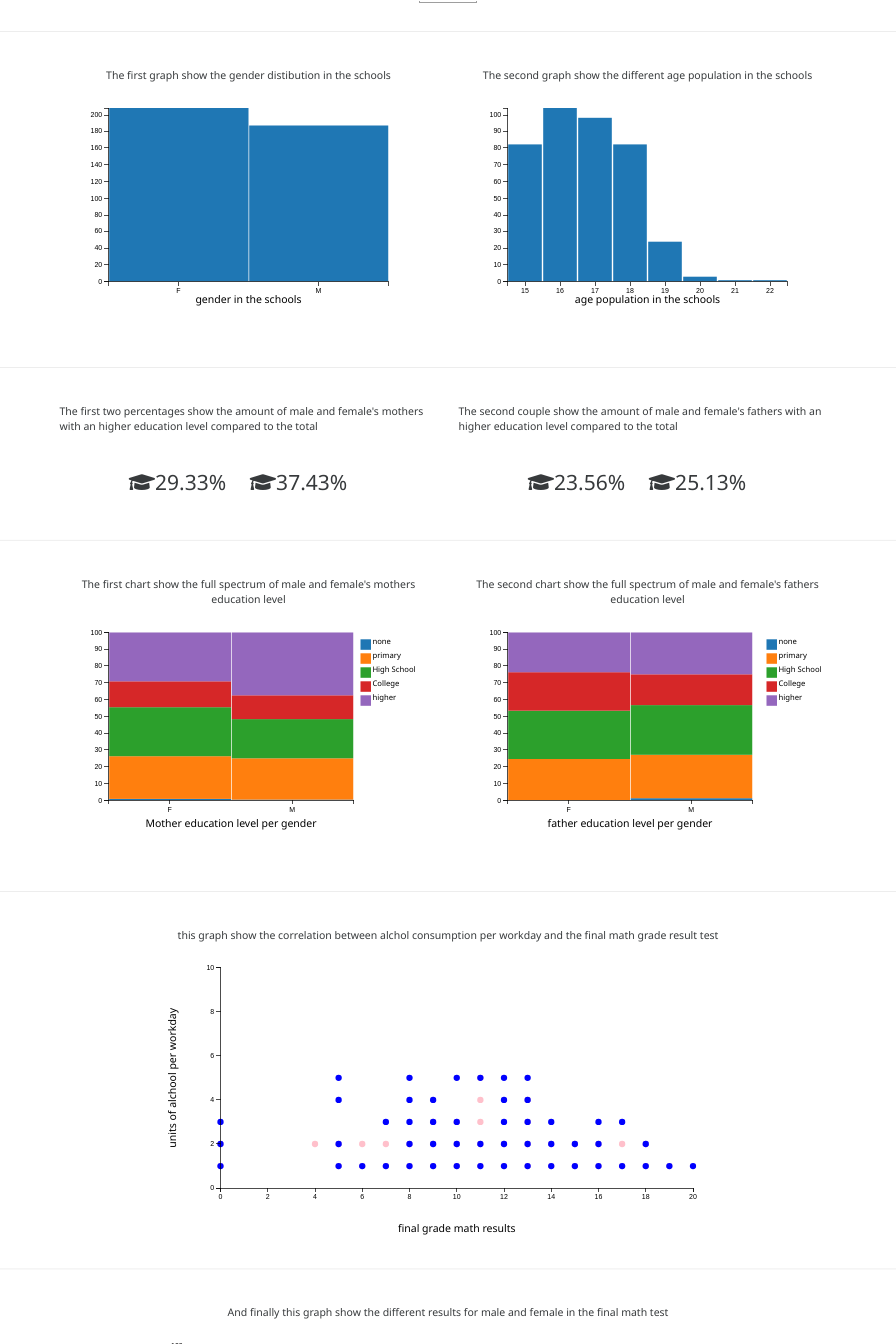
Repository: Baal89/second-milestone-project
Page: index.html
The author's editor kept a record of every edit. The page is drawn from the files as they stood at one moment, then again after the next edit.
The browser window is 1280 px wide. The pictures show the part of the page from y = 446 to 2366 px (the page is 2939 px tall), at 70% of full size.
Some web libraries are served in a nearby version.

Above is the page before.

### index.html
<!DOCTYPE html>
<html lang="en">

<head>
    <meta charset="UTF-8">
    <meta name="viewport" content="width=device-width, initial-scale=1.0">
    <meta http-equiv="X-UA-Compatible" content="ie=edge">
    <title>Student Performance</title>

    <link rel="stylesheet" href="static/css/bootstrap.min.css" type="text/css" />
    <link rel="stylesheet" href="static/css/dc.min.css" type="text/css" />
    <link rel="stylesheet" type="text/css" href="https://cdnjs.cloudflare.com/ajax/libs/font-awesome/5.10.2/css/all.css">
    <link rel="stylesheet" href="static/css/style.css" type="text/css" />

    <script type="text/javascript" src="static/js/d3.min.js"></script>
    <script type="text/javascript" src="static/js/crossfilter.min.js"></script>
    <script type="text/javascript" src="static/js/dc.min.js"></script>
    <script type="text/javascript" src="static/js/queue.min.js"></script>
    <script type="text/javascript" src="static/js/graph.js"></script>
    <script type="text/javascript" src="static/js/script.js"></script>

</head>

<body>

    <nav class="navbar navbar-expand-lg navbar-dark bg-dark">
        <a class="navbar-brand" href="#">Student performance</a>
    </nav>

    <main>
        <article class="container">
            <header>
                <h1>How alcohol consumption and parental education level affect student performance</h1>
                <p>This is a report from the Ministry of the Education with the purpose to help school administrators to focus on how the social enviroment of the children can affect their academic performance.</p>
            </header>
            <p>the report is focused on the parental education level of the children and on their alcohol consumption per workday, ponting out that children with poor parental level of education usualy achieve a lower score and the alchol consumption per
                workday is generally high specially in the male component of the schools.<br> With this report the Ministry want to create, with the support of the school administrators, a scheme focused on these critical issues to provide support to
                those children who might need it, helping them to achieve the best possible result in the most safe enviroment.
            </p>
        </article>

        <section class="section">
            <div class="container">

                <div class="row">
                    <div class="col-12 col-md-12 text-center">
                        <h2>Gabriel Pereira or Mousinho da Silveira(schools)</h2>
                    </div>
                </div>
                <div class="row">
                    <div class="col-12 col-md-12 text-center" id="discipline-selector"></div>
                </div>
            </div>
        </section>


        <section class="section">
            <div class="container">

                <div class="row">
                    <div class="col-12 col-lg-6 text-center">
                        <p class="section-paragraph">The first graph show the gender distibution in the schools</p>
                    </div>
                    <div class="col-12 col-lg-6 text-center">
                        <p class="section-paragraph">The second graph show the different age population in the schools</p>
                    </div>
                </div>

                <div class="row">
                    <div class="col-12 col-lg-6 text-center custom-chart" id="sex-distribution"></div>
                    <div class="col-12 col-lg-6 text-center custom-chart" id="age-distribution"></div>
                </div>
            </div>
        </section>


        <section class="section">
            <div class="container">

                <div class="row">
                    <div class="col-12 col-lg-6">
                        <p class="section-paragraph">The first two percentages show the amount of male and female's mothers with an higher education level compared to the total</p>
                    </div>
                    <div class="col-12 col-lg-6">
                        <p class="section-paragraph">The second couple show the amount of male and female's fathers with an higher education level compared to the total</p>
                    </div>
                </div>
                <div class="row">
                    <div class="col-12 col-lg-6 text-center percentage">
                        <i class="fas fa-graduation-cap" aria-hidden="true"></i><span class="number-box" id="percentage-of-female-mother-higher-education"></span>
                        <i class="fas fa-graduation-cap" aria-hidden="true"></i><span class="number-box" id="percentage-of-male-mother-higher-education"></span>
                    </div>
                    <div class="col-12 col-lg-6 text-center percentage">
                        <i class="fas fa-graduation-cap" aria-hidden="true"></i><span class="number-box" id="percentage-of-female-father-higher-education"></span>
                        <i class="fas fa-graduation-cap" aria-hidden="true"></i><span class="number-box" id="percentage-of-male-father-higher-education"></span>
                    </div>
                </div>
            </div>
        </section>



        <section class="section">
            <div class="container">

                <div class="row">
                    <div class="col-12 col-lg-6 text-center">
                        <p class="section-paragraph">The first chart show the full spectrum of male and female's mothers education level</p>
                    </div>
                    <div class="col-12 col-lg-6 text-center">
                        <p class="section-paragraph">The second chart show the full spectrum of male and female's fathers education level</p>
                    </div>
                </div>
                <div class="row">
                    <div class="col-12 col-lg-6 text-center custom-chart" id="mother-education"></div>
                    <div class="col-12 col-lg-6 text-center custom-chart" id="father-education"></div>
                </div>
            </div>
        </section>


        <section class="section">
            <div class="container">

                <div class="row">
                    <div class="col-12 text-center">
                        <p class="section-paragraph">this graph show the correlation between alchol consumption per workday and the final math grade result test</p>
                    </div>
                </div>
                <div class="row">
                    <div class="col-12 text-center container-graph" id="workday-alcohol-graduation"></div>
                </div>
            </div>
        </section>


        <section class="section">
            <div class="container">

                <div class="row">
                    <div class="col-12 text-center">
                        <p class="section-paragraph">And finally this graph show the different results for male and female in the final math test</p>
                    </div>
                </div>
                <div class="row">
                    <div class="col-12 text-center container-graph" id="student-performance"></div>
                </div>
            </div>
        </section>

        <footer class="container-fluid">
            <div id="footer-details" class="row">
                <div class="col-sm-6">
                    <a target="_blank" href="https://github.com/Baal89/second-milestone-project"><i class="fab fa-github"></i></a>
                </div>
                <div class="col-sm-6">
                    <h6 class="inline-block text-right">
                        &copy;2019 Alessio Centamore <br/> CODE INSITITUTE MILESTONE PROJECT
                    </h6>
                </div>
            </div>
        </footer>
    </main>
</body>

</html>

### static/css/style.css
.section {
    border-bottom: 1px solid #e6e6e6;
    padding: 40px 0;
}

.number-box,
.fas.fa-graduation-cap {
    font-size: 30px;
}

.number-box {
    margin-right: 30px;
}

.custom-chart {
    margin-bottom: 40px;
}

.percentage {
    padding: 20px;
}

.section-paragraph {
    padding: 10px 0;
}

footer {
    background-color: #000000;
    color: #fafafa;
    min-height: 120px;
    margin: 0;

}

#footer-details {
    margin: 20px;
    letter-spacing: 0.2em;
    padding-top: 10px;
}

#footer-details a i {
    width: 50px;
    height: 50px;
    padding: 35px 0;
    border-radius: 80%;
    font-size: 60px;
    line-height: 7px;
    text-align: center;
    color: blue;
    transition: all, 0.35s ease-in-out;
    -moz-transition: all, 0.35s ease-in-out;
    -webkit-transition: all, 0.35s ease-in-out;
    -o-transition: all, 0.35s ease-in-out;
}

@media screen and (max-width: 648px) {
    .container-graph {
        overflow: hidden;
        overflow-x: scroll;
        border: none;
    }
}

### static/js/graph.js
queue()
    .defer(d3.csv, "data/student-mat.csv")
    .await(makeGraphs);

function makeGraphs(error, performanceData) {
    var ndx = crossfilter(performanceData);

    performanceData.forEach(function(d) {
        d.G3 = parseInt(d.G3);
    });

    show_discipline_selector(ndx);

    show_sex_distribution(ndx);
    show_age_distribution(ndx);
    show_mother_education(ndx);
    show_father_education(ndx);

    show_percent_higher_mother_education(ndx, "F", "#percentage-of-female-mother-higher-education");
    show_percent_higher_mother_education(ndx, "M", "#percentage-of-male-mother-higher-education");
    show_percent_higher_father_education(ndx, "F","#percentage-of-female-father-higher-education");
    show_percent_higher_father_education(ndx, "M","#percentage-of-male-father-higher-education");

    show_performance_to_workday_alcohol_cosumption(ndx);

    show_student_performance(ndx);

    dc.renderAll();
}

function show_discipline_selector(ndx) {
    var dim = ndx.dimension(dc.pluck("discipline"));
    var group = dim.group();

    dc.selectMenu("#discipline-selector")
        .dimension(dim)
        .group(group);
}

function show_sex_distribution(ndx) {
    var dim = ndx.dimension(dc.pluck("sex"));
    var group = dim.group();

    dc.barChart("#sex-distribution")
        .width(500)
        .height(300)
        .margins({ top: 10, right: 50, bottom: 30, left: 50 })
        .dimension(dim)
        .group(group)
        .transitionDuration(500)
        .x(d3.scale.ordinal())
        .xUnits(dc.units.ordinal)
        .elasticY(true)
        .xAxisLabel("gender in the schools")
        .yAxis().ticks(10);
}

function show_age_distribution(ndx) {
    var dim = ndx.dimension(dc.pluck("age"));
    var group = dim.group();

    dc.barChart("#age-distribution")
        .width(500)
        .height(300)
        .margins({ top: 10, right: 50, bottom: 30, left: 50 })
        .dimension(dim)
        .group(group)
        .transitionDuration(500)
        .x(d3.scale.ordinal())
        .xUnits(dc.units.ordinal)
        .elasticY(true)
        .xAxisLabel("age population in the schools")
        .yAxis().ticks(10);
}

function show_mother_education(ndx) {

    function motherEducation(dimension, Medu) {
        return dimension.group().reduce(
            function(p, v) {
                p.total++;
                if (v.Medu == Medu) {
                    p.match++;
                }
                return p;
            },
            function(p, v) {
                p.total--;
                if (v.Medu == Medu) {
                    p.match--;
                }
                return p;
            },
            function() {
                return { total: 0, match: 0 };
            }
        );

    }
    var dim = ndx.dimension(dc.pluck("sex"));
    var noneMotherEducation = motherEducation(dim, "0");
    var firstMotherEducation = motherEducation(dim, "1");
    var secondaryMotherEducation = motherEducation(dim, "2");
    var secondaryGradeMotherEducation = motherEducation(dim, "3");
    var higherMotherEducation = motherEducation(dim, "4");


    dc.barChart("#mother-education")
        .width(500)
        .height(300)
        .dimension(dim)
        .group(noneMotherEducation, "none")
        .stack(secondaryGradeMotherEducation, "primary")
        .stack(secondaryMotherEducation, "High School")
        .stack(firstMotherEducation, "College")
        .stack(higherMotherEducation, "higher")
        .valueAccessor(function(d) {
            if (d.value.total > 0) {
                return (d.value.match / d.value.total) * 100;
            }
            else {
                return 0;
            }
        })
        .x(d3.scale.ordinal())
        .xUnits(dc.units.ordinal)
        .xAxisLabel("Mother education level per gender")
        .legend(dc.legend().x(410).y(20).itemHeight(15).gap(5))
        .margins({ top: 10, right: 100, bottom: 50, left: 50 });
}

function show_father_education(ndx) {

    function fatherEducation(dimension, Fedu) {
        return dimension.group().reduce(
            function(p, v) {
                p.total++;
                if (v.Fedu == Fedu) {
                    p.match++;
                }
                return p;
            },
            function(p, v) {
                p.total--;
                if (v.Fedu == Fedu) {
                    p.match--;
                }
                return p;
            },
            function() {
                return { total: 0, match: 0 };
            }
        );

    }
    var dim = ndx.dimension(dc.pluck("sex"));
    var noneFatherEducation = fatherEducation(dim, "0");
    var firstFatherEducation = fatherEducation(dim, "1");
    var secondaryFatherEducation = fatherEducation(dim, "2");
    var secondaryGradeFatherEducation = fatherEducation(dim, "3");
    var higherFatherEducation = fatherEducation(dim, "4");


    dc.barChart("#father-education")
        .width(500)
        .height(300)
        .dimension(dim)
        .group(noneFatherEducation, "none")
        .stack(secondaryGradeFatherEducation, "primary")
        .stack(secondaryFatherEducation, "High School")
        .stack(firstFatherEducation, "College")
        .stack(higherFatherEducation, "higher")
        .valueAccessor(function(d) {
            if (d.value.total > 0) {
                return (d.value.match / d.value.total) * 100;
            }
            else {
                return 0;
            }
        })
        .x(d3.scale.ordinal())
        .xUnits(dc.units.ordinal)
        .xAxisLabel("father education level per gender")
        .legend(dc.legend().x(420).y(20).itemHeight(15).gap(5))
        .margins({ top: 10, right: 100, bottom: 50, left: 50 });
}

function show_percent_higher_mother_education(ndx, gender, element) {
    var percentageMotherHigherEducation = ndx.groupAll().reduce(
        function(p, v) {
            if (v.sex === gender) {
                p.count++;
                if(v.Medu === "4") {
                    p.are_higher++;
                }
            }
            return p;
        },
        function(p, v) {
            if (v.sex === gender) {
                p.count--;
                if(v.Medu === "4") {
                    p.are_higher--;
                }
            }
            return p;
        },
        function() {
            return {count: 0, are_higher: 0};
        },
    );
   dc.numberDisplay(element)
        .formatNumber(d3.format(".2%"))
        .valueAccessor(function (d) {
            if (d.count == 0) {
                return 0;
            } else {
                return (d.are_higher / d.count);
            }
        })
        .group(percentageMotherHigherEducation);
}

 function show_percent_higher_father_education(ndx, gender, element) {
       var percentageFatherHigherEducation = ndx.groupAll().reduce(
        function(p, v) {
            if (v.sex === gender) {
                p.count++;
                if(v.Fedu === "4") {
                    p.are_higher++;
                }
            }
            return p;
        },
        function(p, v) {
            if (v.sex === gender) {
                p.count--;
                if(v.Fedu === "4") {
                    p.are_higher--;
                }
            }
            return p;
        },
        function() {
            return {count: 0, are_higher: 0};
        },
    );
   dc.numberDisplay(element)
        .formatNumber(d3.format(".2%"))
        .valueAccessor(function (d) {
            if (d.count == 0) {
                return 0;
            } else {
                return (d.are_higher / d.count);
            }
        })
        .group(percentageFatherHigherEducation);
 }

function show_performance_to_workday_alcohol_cosumption(ndx) {

    var genderColors = d3.scale.ordinal()
        .domain(["Female", "Male"])
        .range(["pink", "blue"]);

    var performanceDim = ndx.dimension(dc.pluck("G3"))
    var consumptionDim = ndx.dimension(function(d) {
        return [d.G3, d.Dalc, d.sex];
    });
    var workDayConsumptionGroup = consumptionDim.group();

    var minPerformance = performanceDim.bottom(1)[0].G3;
    var maxPerformance = performanceDim.top(1)[0].G3;

    dc.scatterPlot("#workday-alcohol-graduation")
        .width(800)
        .height(400)
        .x(d3.scale.linear().domain([minPerformance, maxPerformance]))
        .y(d3.scale.linear().domain([0, 10]))
        .brushOn(false)
        .symbolSize(8)
        .clipPadding(5)
        .xAxisLabel("")
        .title(function(d) {
            return "Workday Consumption: " + d.key[1] + " units";
        })
        .colors(genderColors)
        .colorAccessor(function(d) {
            return d.key[2];
        })
        .dimension(consumptionDim)
        .group(workDayConsumptionGroup)
        .xAxisLabel("final grade math results")
        .yAxisLabel("units of alchool per workday")
        .margins({ top: 10, right: 50, bottom: 75, left: 75 })
        .yAxis().ticks(5);
}


function show_student_performance(ndx) {

    function schoolPerformance(dimension, sex) {
        return dimension.group().reduce(
            function(p, v) {
                p.total++;
                if (v.sex == sex) {
                    p.match++;
                }
                return p;
            },
            function(p, v) {
                p.total--;
                if (v.sex == sex) {
                    p.match--;
                }
                return p;
            },
            function() {
                return { total: 0, match: 0 };
            }
        );
    }

    var dim = ndx.dimension(dc.pluck("G3"));
    var femalePerformance = schoolPerformance(dim, "F");
    var malePerformance = schoolPerformance(dim, "M");

    dc.barChart("#student-performance")
        .width(800)
        .height(400)
        .dimension(dim)
        .group(femalePerformance, "female")
        .stack(malePerformance, "male")
        .valueAccessor(function(d) {
            if (d.value.total > 0) {
                return (d.value.match / d.value.total) * 100;
            }
            else {
                return 0;
            }
        })
        .x(d3.scale.ordinal())
        .xUnits(dc.units.ordinal)
        .xAxisLabel("final grade math results")
        .legend(dc.legend().x(720).y(20).itemHeight(15).gap(5))
        .margins({ top: 10, right: 100, bottom: 50, left: 30 });
}

Loaded but not shown: static/css/bootstrap.min.css (library); static/css/dc.min.css (library); static/js/d3.min.js (library); static/js/crossfilter.min.js (library); static/js/dc.min.js (library); static/js/queue.min.js (common file); static/js/script.js (no copy from this time; the picture is the same without it)

After the next edit:
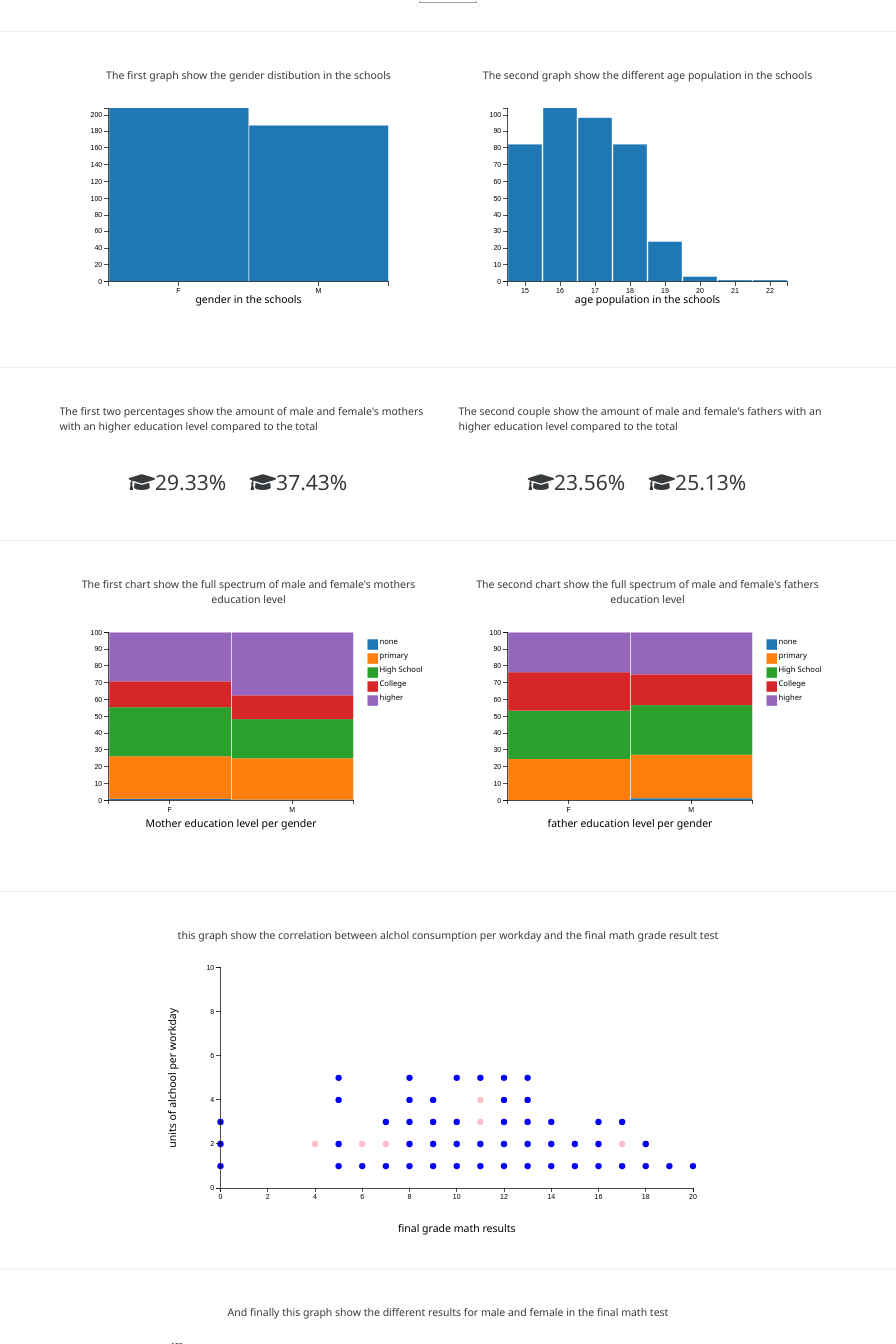
The edit:
--- a/static/js/graph.js
+++ b/static/js/graph.js
@@ -125,7 +125,7 @@
         .x(d3.scale.ordinal())
         .xUnits(dc.units.ordinal)
         .xAxisLabel("Mother education level per gender")
-        .legend(dc.legend().x(410).y(20).itemHeight(15).gap(5))
+        .legend(dc.legend().x(420).y(20).itemHeight(15).gap(5))
         .margins({ top: 10, right: 100, bottom: 50, left: 50 });
 }
 
